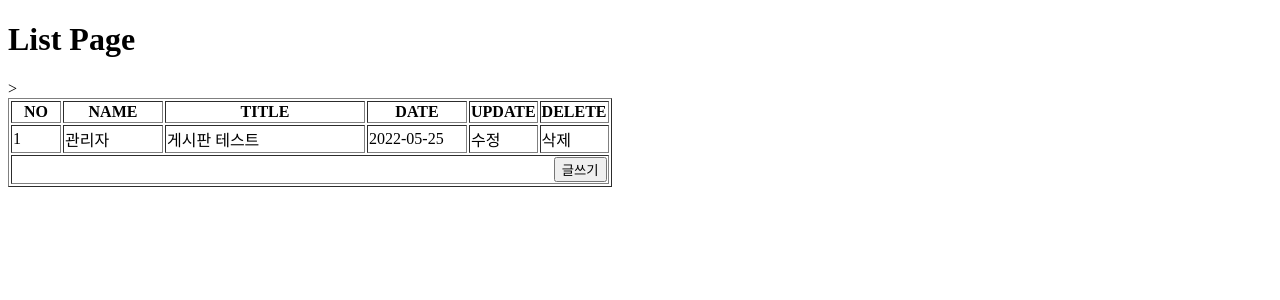
Repository: yyci12/TIL
Page: http://localhost/Jsp01_MyBoard/
An editor plug-in stored every save of this project. The page is shown before and after the next save, followed by the edit.
The browser window is 1280 px wide. The pictures show the whole page.
The page is served by Tomcat 9. The database holds what the project's SQL file puts in it.

Above is the page before, as saved 2022-05-25 06:39:54.

After the next save:
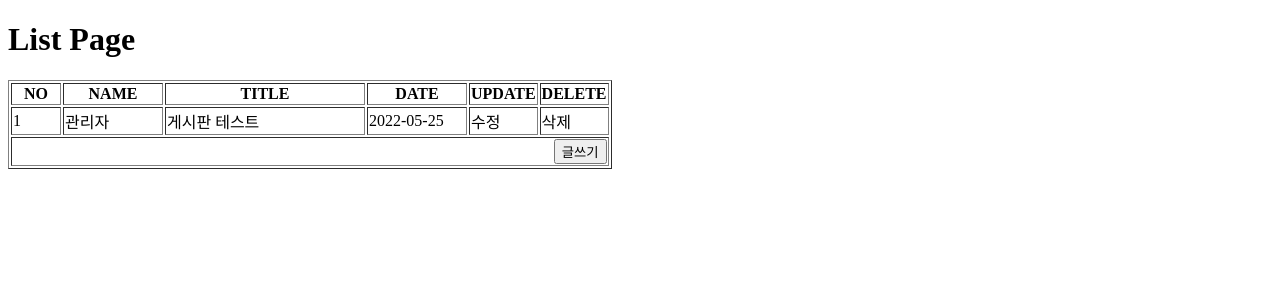
Saved 19 s later.
--- a/Web/Jsp01_MyBoard/WebContent/mylist.jsp
+++ b/Web/Jsp01_MyBoard/WebContent/mylist.jsp
@@ -49,7 +49,7 @@
 <tr>
 	<td colspan="6" align="right">
 		<button onclick ="">글쓰기</button>
-	</td>>
+	</td>
 	</tr>
 	</table>
 </body>
